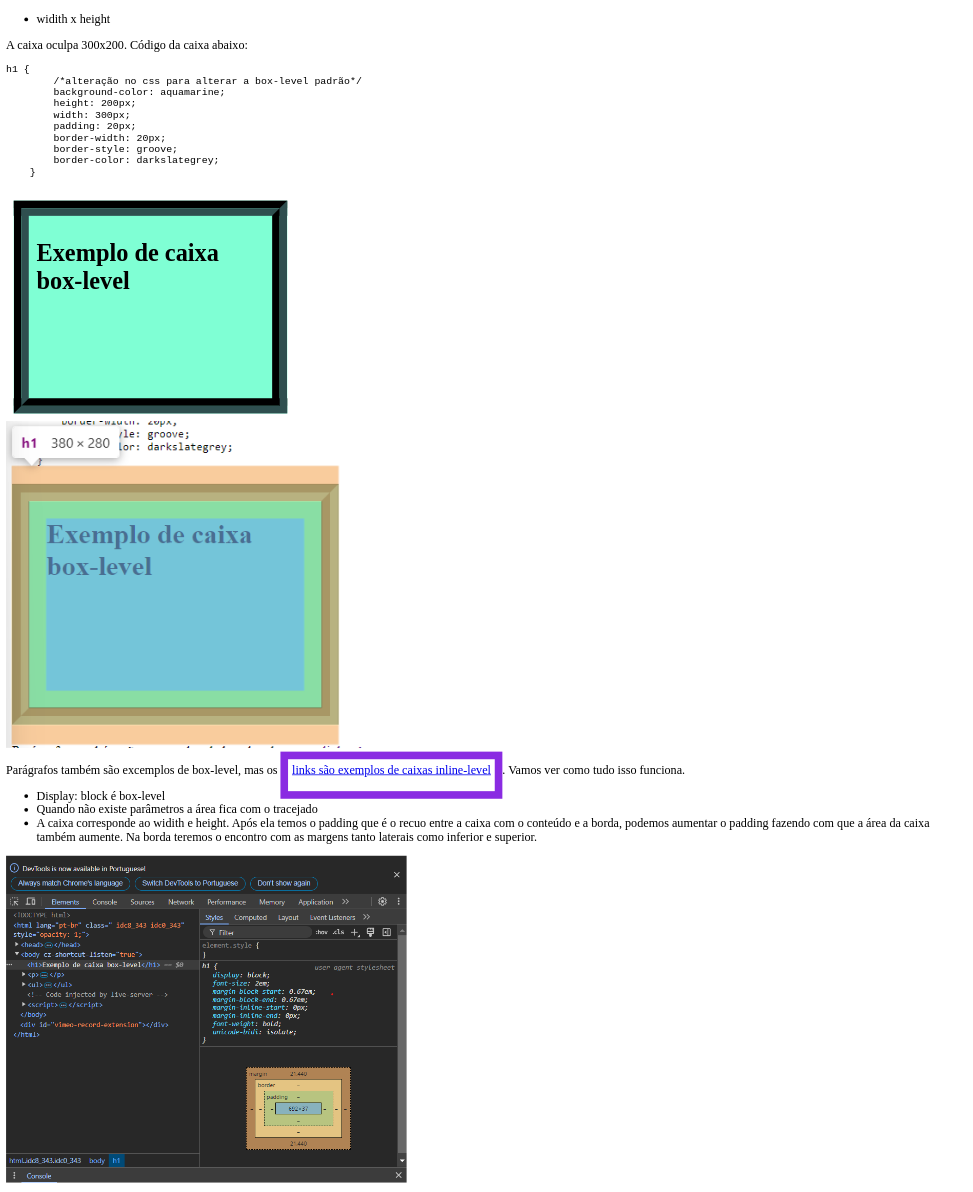
Repository: Willcmorais/vscode-workspace
Page: html-css/curso-em-video/modulo02/estudos/ex026-caixas/caixa01.html
The author's editor kept a copy of each file at every save. The page is drawn from the files as they stood at one save, then again after a run of saves.
The browser window is 1280 px wide. The pictures show the whole page, at 76% of full size.

Above is the page before, as saved 2024-09-24 11:25:02.

### html-css/curso-em-video/modulo02/estudos/ex026-caixas/caixa01.html
<!DOCTYPE html>
<html lang="pt-br">

<head>
    <meta charset="UTF-8">
    <meta name="viewport" content="width=device-width, initial-scale=1.0">
    <link rel="stylesheet" href="style.css">
    <title>Modelo de Caixas</title>
</head>

<body>
    <ul>
        <li>widith x height</li>
    </ul>
    <p>A caixa oculpa 300x200. Código da caixa abaixo:</p>
    <pre><code>h1 {
        /*alteração no css para alterar a box-level padrão*/
        background-color: aquamarine;
        height: 200px;
        width: 300px;
        padding: 20px;
        border-width: 20px;
        border-style: groove;
        border-color: darkslategrey;
    }</code></pre>
    <h1>Exemplo de caixa box-level</h1>
    <img src="imgs/img2.png" alt="detalhes">
    <p>
        Parágrafos também são excemplos de box-level, mas os <a href="#">links são exemplos de caixas inline-level</a>.
        Vamos ver como tudo isso funciona.</p>
    <ul>
        <li>Display: block é box-level</li>
        <li>Quando não existe parâmetros a área fica com o tracejado</li>
        <li>A caixa corresponde ao widith e height. Após ela temos o padding que é o recuo entre a caixa com o conteúdo
            e a borda, podemos aumentar o padding fazendo com que a área da caixa também aumente. Na borda teremos o
            encontro com as margens tanto laterais como inferior e superior.</li>
    </ul>

    <img src="imgs/img1.png" alt="devltools caixas">
</body>

</html>

### html-css/curso-em-video/modulo02/estudos/ex026-caixas/style.css
@charset "utf8";

h1 {
    /*alteração no css para alterar a box-level padrão*/
    background-color: aquamarine;
    height: 200px;
    width: 300px;
    /*padding deve ser colocado para todos os lados seguindo o sentido de top right bottom left*/
    padding-top: 30px;
    padding-right: 10px;
    padding-bottom: 10px;
    padding-left: 10px;
    /*margin: auto; coloca centralizado no meio da página*/
    margin-top: 30px;
    margin-right: 10px;
    margin-bottom: 10px;
    margin-left: 10px;
    /*padding: 20px;*/
    border-width: 20px;
    border-style: groove;
    border-color: darkslategrey;
    border-width: 20px;
    border-style: groove;
    border-color: darkslategrey;
}

/*parâmetro em css para a ancora*/
a {
    border-width: 10px;
    border-style: solid;
    border-color: blueviolet;
    padding-top: 5px;
    padding-right: 5px;
    padding-bottom: 20px;
    padding-left: 5px;
}

img {
    height: 430px;
}

After the next 2 saves:
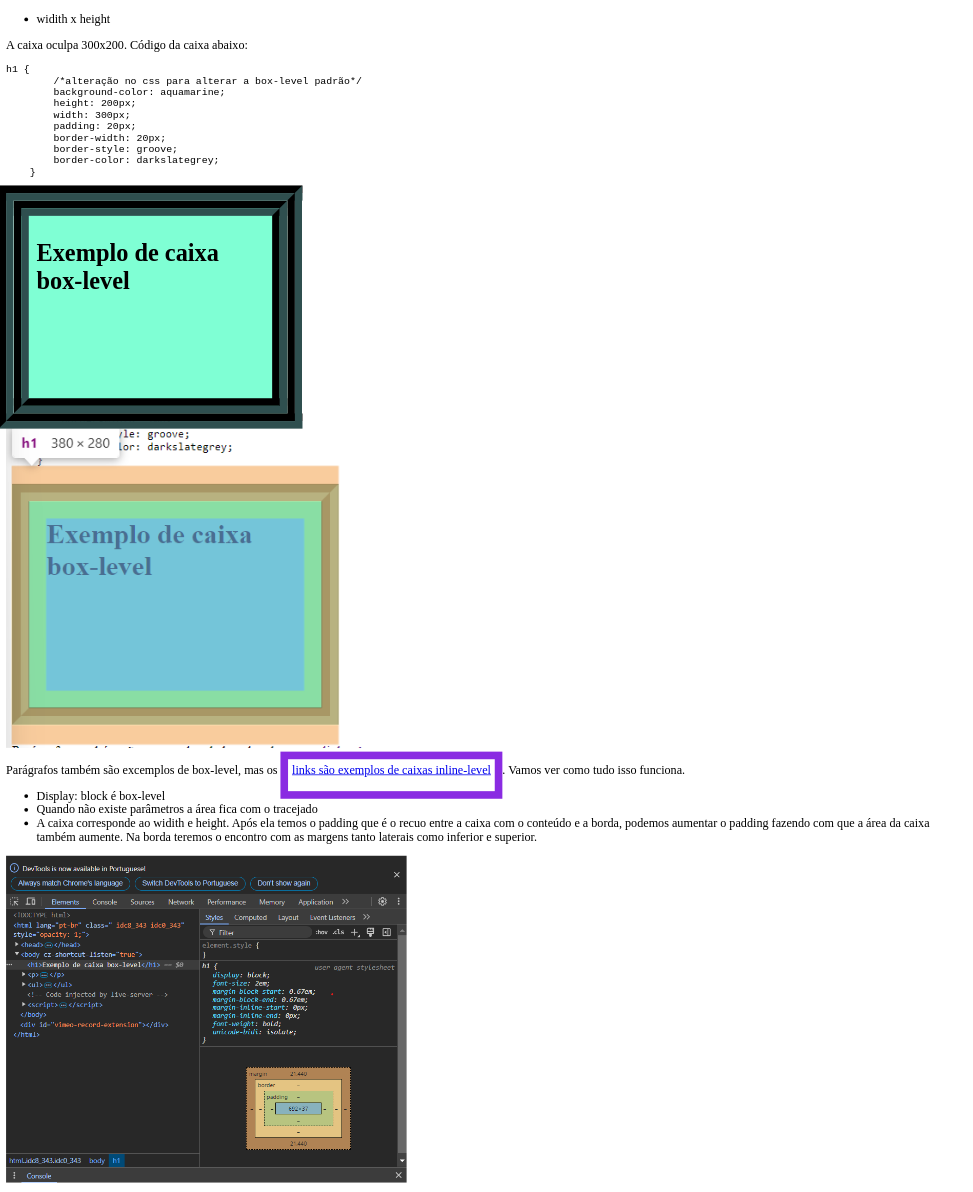
The 2 saves are shown as one change because they came seconds apart.
The last was saved 18 s later.
--- a/html-css/curso-em-video/modulo02/estudos/ex026-caixas/style.css
+++ b/html-css/curso-em-video/modulo02/estudos/ex026-caixas/style.css
@@ -19,9 +19,9 @@ h1 {
     border-width: 20px;
     border-style: groove;
     border-color: darkslategrey;
-    border-width: 20px;
-    border-style: groove;
-    border-color: darkslategrey;
+    outline-width: 20px;
+    outline-style: groove;
+    outline-color: darkslategrey;
 }
 
 /*parâmetro em css para a ancora*/
